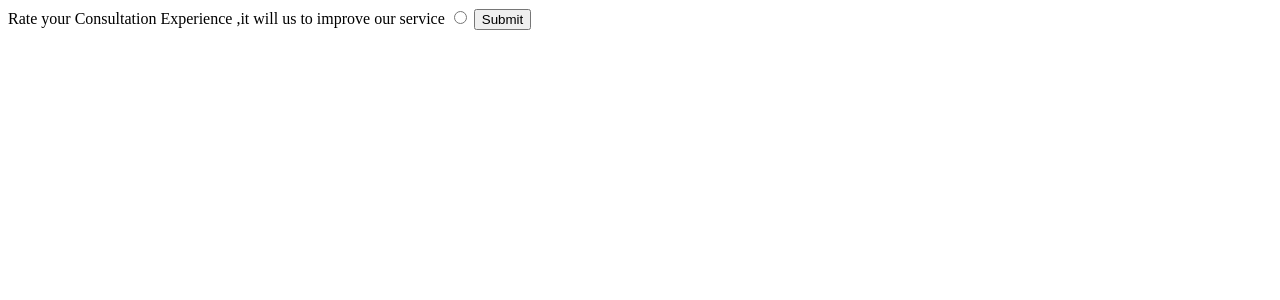
Repository: anujsoni10001/JSP-Servlet
Page: http://localhost/Minor/Rate.jsp
These files come from the project's save history. The page is drawn as it stood at one moment and after the next save; the edit follows.
The browser window is 1280 px wide. The pictures show the whole page.
The page is served by Tomcat 9. Other server files are loaded and not shown.

Above is the page before, as saved 2019-03-22 14:32:22.

### FinalProject/minor - Copy/Minor/WebContent/Rate.jsp
<%
String a_id=request.getParameter("a_id");
%>
<%@ page language="java" contentType="text/html; charset=ISO-8859-1"
    pageEncoding="ISO-8859-1"%>
<!DOCTYPE html PUBLIC "-//W3C//DTD HTML 4.01 Transitional//EN" "http://www.w3.org/TR/html4/loose.dtd">
<html>
<head>
<meta http-equiv="Content-Type" content="text/html; charset=ISO-8859-1">
<title>Insert title here</title>
</head>
<body>
<form>
<input type="hidden" value=<%=a_id%>>
Rate your Consultation Experience ,it will us to improve our service
<input type="radio" name="rate" value="">
<input type="submit">
</form>
</body>
</html>

After the next save:
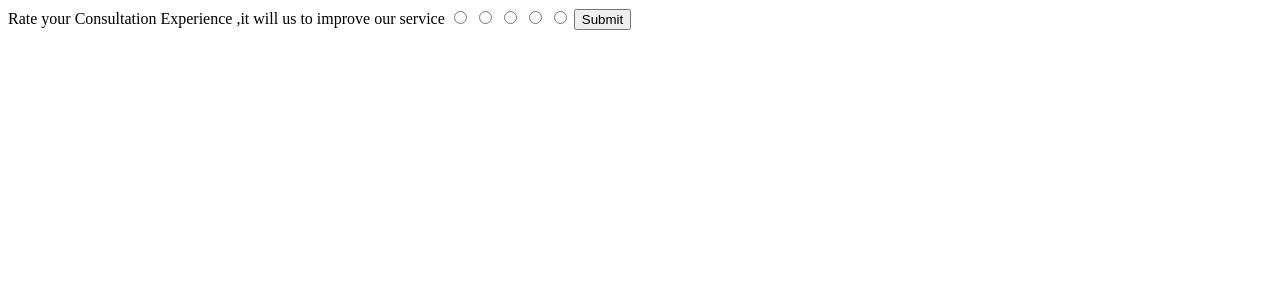
Saved 13 s later.
--- a/FinalProject/minor - Copy/Minor/WebContent/Rate.jsp
+++ b/FinalProject/minor - Copy/Minor/WebContent/Rate.jsp
@@ -14,6 +14,10 @@ String a_id=request.getParameter("a_id");
 <input type="hidden" value=<%=a_id%>>
 Rate your Consultation Experience ,it will us to improve our service
 <input type="radio" name="rate" value="">
+<input type="radio" name="rate" value="">
+<input type="radio" name="rate" value="">
+<input type="radio" name="rate" value="">
+<input type="radio" name="rate" value="">
 <input type="submit">
 </form>
 </body>
